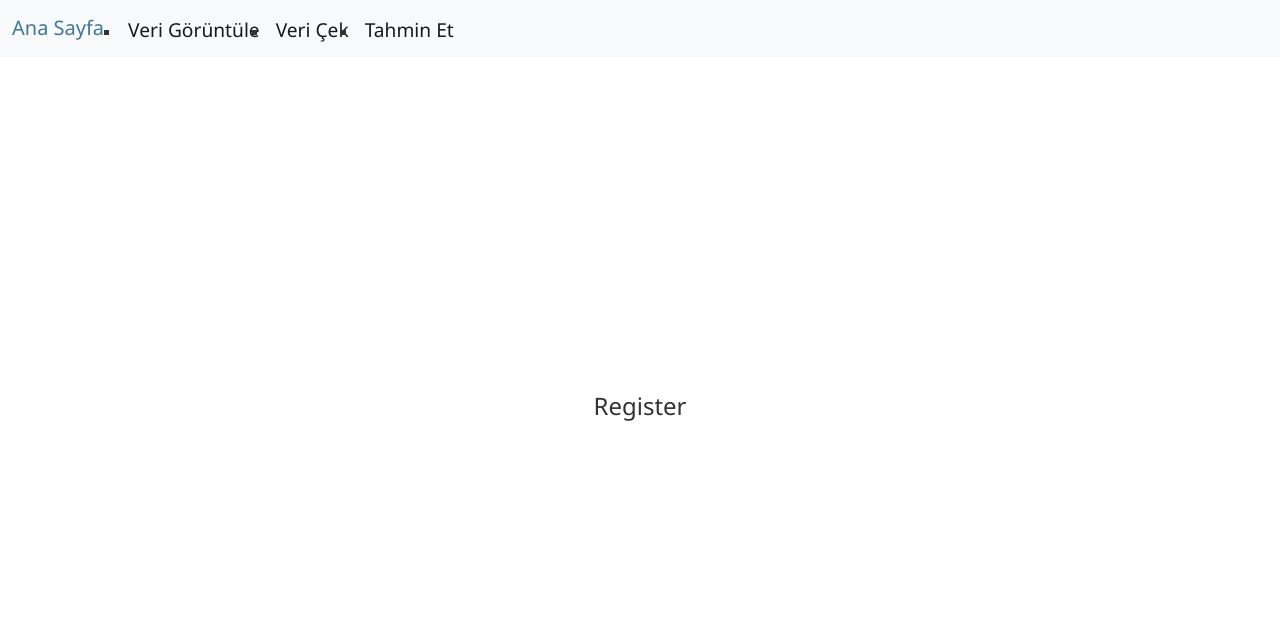
Repository: keremtanil/football_match_result_prediction
Page: http://localhost/account/register
The author's editor kept a copy of each file at every save. The page is drawn from the files as they stood at one save, then again after the next save.
The browser window is 1280 px wide. The pictures show the whole page.
The page is served by the project's application, run on Django 3.2 (blogapp/manage.py). Other server files are loaded and not shown.

Above is the page before, as saved 2025-01-06 19:48:55.

### blogapp/account/templates/account/register.html
{% extends "base.html" %}
{% load static %}
{% block css_files %}
    <link rel="stylesheet" href="{% static 'account/css/style.css' %}">
{% endblock %}

{% block content %}
<div class="container mt-3">
    <h1>Register</h1>
</div>
{% endblock %}

### blogapp/templates/base.html
{% load static %}
<!DOCTYPE html>
<html lang="tr">
<head>
    <meta charset="UTF-8">
    <meta http-equiv="X-UA-Compatible" content="IE=edge">
    <meta name="viewport" content="width=device-width, initial-scale=1.0">
    <link href="https://cdn.jsdelivr.net/npm/bootstrap@5.2.3/dist/css/bootstrap.min.css" rel="stylesheet" integrity="sha384-rbsA2VBKQhggwzxH7pPCaAqO46MgnOM80zW1RWuH61DGLwZJEdK2Kadq2F9CUG65" crossorigin="anonymous">
    <link rel="stylesheet" href="{% static 'css/base.css' %}">
    {% block css_files %} {% endblock %}
    <title>Document</title>
</head>
<body>
    <nav class="navbar navbar-expand-lg bg-light">
    <div class="container-fluid">
        <a class="navbar-brand large-text" href="{% url 'home' %}">Ana Sayfa</a>
        <button class="navbar-toggler" type="button" data-bs-toggle="collapse" data-bs-target="#navbarNav" aria-controls="navbarNav" aria-expanded="false" aria-label="Toggle navigation">
        <span class="navbar-toggler-icon"></span>
        </button>
        <div class="collapse navbar-collapse" id="navbarNav">
        <ul class="navbar-nav">
            <li class="nav-item">
            <a class="nav-link active" aria-current="page" href="{% url 'collect' %}" style="font-size: 1.2rem;">Veri Görüntüle</a>
            </li>
            <li class="nav-item">
            <a class="nav-link active" href="{% url 'live' %}" style="font-size: 1.2rem;">Veri Çek</a>
            </li>
            <li class="nav-item">
            <a class="nav-link active" href="{% url 'predict' %}" style="font-size: 1.2rem;">Tahmin Et</a>
            </li>
        </ul>
        <ul class="navbar-nav ms-auto">
            {% if user.is_authenticated %}
            <li class="nav-item">
            <a class="nav-link active" href="{% url 'login' %}" style="font-size: 1.2rem;">Giriş Yap</a>
            </li>
            <li class="nav-item">
                <a class="nav-link active" href="{% url 'register' %}" style="font-size: 1.2rem;">Kayıt Ol</a>
            </li>
            <li class="nav-item">
            <a class="nav-link active" href="{% url 'logout' %}" style="font-size: 1.2rem;">Çıkış Yap</a>
            </li>
            {%endif%}
        </ul>
        </div>
    </div>
    </nav>
    {% block content %}{% endblock %}
    <script src="https://cdn.jsdelivr.net/npm/bootstrap@5.2.3/dist/js/bootstrap.bundle.min.js" integrity="sha384-kenU1KFdBIe4zVF0s0G1M5b4hcpxyD9F7jL+jjXkk+Q2h455rYXK/7HAuoJl+0I4" crossorigin="anonymous"></script>
</body>
</html>

### blogapp/account/views.py
from django.shortcuts import render,redirect
from django.contrib.auth import authenticate

def login(request):
    if request.method == "POST":
        username = request.POST["username"]
        password = request.POST["password"]

        user = authenticate(request, username=username, password=password)

        if user is not None:
            login(request, user)
            return redirect("home")
        else:
            return render(request, "account/login.html", {
                "error": "Kullanıcı adı ya da şifre yanlış"
            })
    return render(request, "account/login.html")
def register(request):
    return render(request, "account/register.html")
def logout(request):
    return redirect("home")

### blogapp/blogapp/urls.py
"""blogapp URL Configuration

The `urlpatterns` list routes URLs to views. For more information please see:
    https://docs.djangoproject.com/en/3.2/topics/http/urls/
Examples:
Function views
    1. Add an import:  from my_app import views
    2. Add a URL to urlpatterns:  path('', views.home, name='home')
Class-based views
    1. Add an import:  from other_app.views import Home
    2. Add a URL to urlpatterns:  path('', Home.as_view(), name='home')
Including another URLconf
    1. Import the include() function: from django.urls import include, path
    2. Add a URL to urlpatterns:  path('blog/', include('blog.urls'))
"""
from django.contrib import admin
from django.urls import path, include

urlpatterns = [
    path('admin/', admin.site.urls),
    path('', include('blog.urls')),
    path('account/', include('account.urls'))
]

### blogapp/blog/urls.py
from django.urls import path
from . import views
urlpatterns = [
    path("", views.index, name="home"),
    path("index", views.index),
    path("collect_data", views.collect_data, name="collect"),
    path("predict", views.predict, name="predict"),
    path("live_collect_data/", views.live_collect_data, name="live"),
]

### blogapp/account/urls.py
from django.urls import path
from . import views

urlpatterns = [
    path("login", views.login , name="login"),
    path("register", views.register , name="register"),
    path("logout", views.logout , name="logout"),
]

### blogapp/account/static/account/css/style.css
html, body {
    margin: 0 ; /* Varsayılan marjinleri devre dışı bırak */
    padding: 0 ;
    height: 100% ; /* Tam yüksekliği zorunlu kıl */
    overflow: hidden; /* Kaydırmayı engelle */
}
form {
    max-width: 400px; /* Form genişliğini sınırlayın */
    margin: 0 auto; /* Ortala */
    padding: 20px; /* İç boşluk ekle */
    border: 1px solid #ddd; /* Hafif bir çerçeve ekle */
    border-radius: 8px; /* Yuvarlatılmış köşeler */
    box-shadow: 0 4px 8px rgba(0, 0, 0, 0.1); /* Hafif bir gölge */
    background-color: #fff; /* Beyaz arka plan */
}

/* Başlık Stili */
h1 {
    text-align: center; /* Ortala */
    font-size: 24px; /* Yazı boyutu */
    color: #333; /* Yazı rengi */
    margin-bottom: 20px; /* Alt boşluk */
}

/* Input Alanları */
input[type="text"],
input[type="password"] {
    font-size: 16px; /* Yazı boyutu */
    padding: 10px; /* İç boşluk */
    border: 1px solid #ccc; /* Çerçeve rengi */
    border-radius: 4px; /* Yuvarlatılmış köşeler */
    width: 100%; /* Genişliği kapsasın */
    box-sizing: border-box; /* Çerçeve ve padding hesaba dahil */
}

/* Submit Butonu */
input[type="submit"] {
    width: 100%; /* Genişliği kapsasın */
    padding: 10px; /* İç boşluk */
    background-color: #28a745; /* Yeşil renk */
    color: #fff; /* Beyaz yazı */
    border: none; /* Çerçeve yok */
    border-radius: 4px; /* Yuvarlatılmış köşeler */
    cursor: pointer; /* El işareti */
    font-size: 16px; /* Yazı boyutu */
    transition: background-color 0.3s ease; /* Geçiş efekti */
}

input[type="submit"]:hover {
    background-color: #218838; /* Daha koyu yeşil */
}

/* Label Stilleri */
label {
    font-weight: bold; /* Kalın yazı */
    color: #555; /* Yazı rengi */
    margin-bottom: 5px; /* Alt boşluk */
    display: block; /* Yeni satır */
}

/* Form Altındaki Boşluklar */
.mb-3 {
    margin-bottom: 20px; /* Daha geniş boşluk */
}

/* Form Konteyneri */
.container {
    margin-top: 0px !important; /* Üst boşluk */
    display: flex;
    justify-content: center;
    align-items: center;
    min-height: 100vh; /* Sayfanın tamamını kapsasın */
}

Loaded but not shown: blogapp/staticfiles/admin/css/base.css (common file)

After the next save:
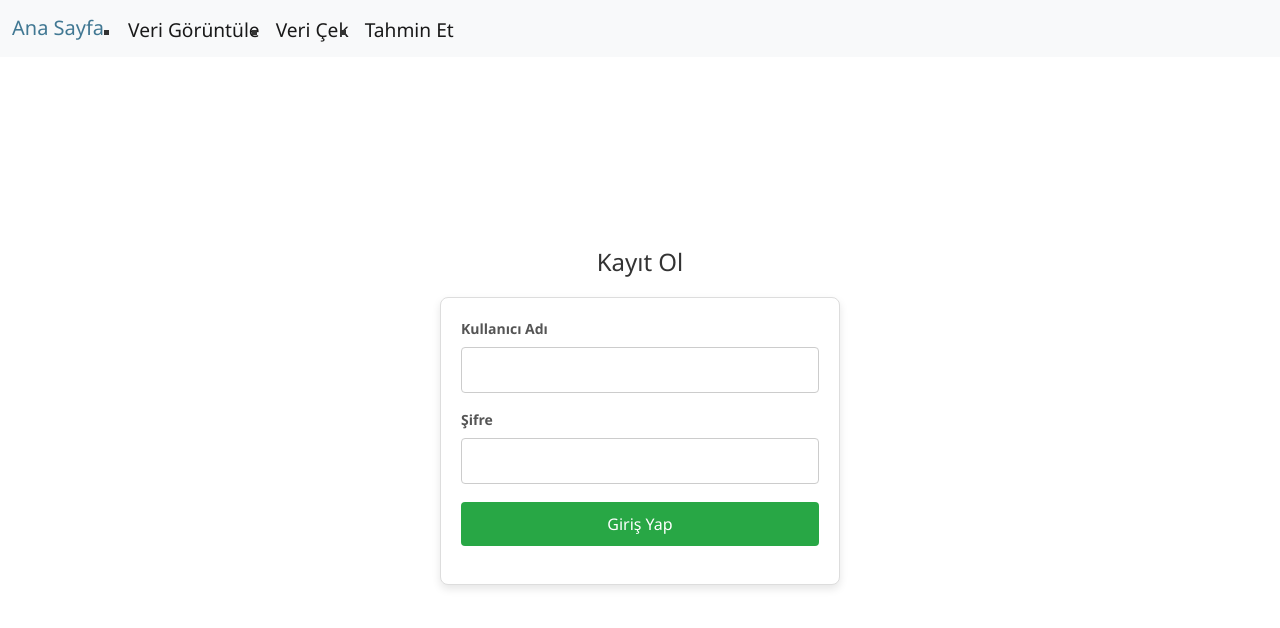
Saved 57 s later.
--- a/blogapp/account/templates/account/register.html
+++ b/blogapp/account/templates/account/register.html
@@ -6,6 +6,25 @@
 
 {% block content %}
 <div class="container mt-3">
-    <h1>Register</h1>
+    <div class="col">
+        <h1>Kayıt Ol</h1>
+        <form  method="POST">
+            {% csrf_token %}
+            {% if error %}
+                <div class="alert alert-danger">
+                    {{error}}
+                </div>
+            {% endif %}
+            <div class="mb-3">
+                <label for="username" class="form-label">Kullanıcı Adı</label>
+                <input type="text" class="form-control" name="username">
+            </div>
+            <div class="mb-3">
+                <label for="password" class="form-label">Şifre</label>
+                <input type="password" class="form-control" name="password">
+            </div>
+            <div class="mb-3">
+                <input type="submit" value="Giriş Yap" class="btn btn-success">
+            </div>
 </div>
 {% endblock %}
